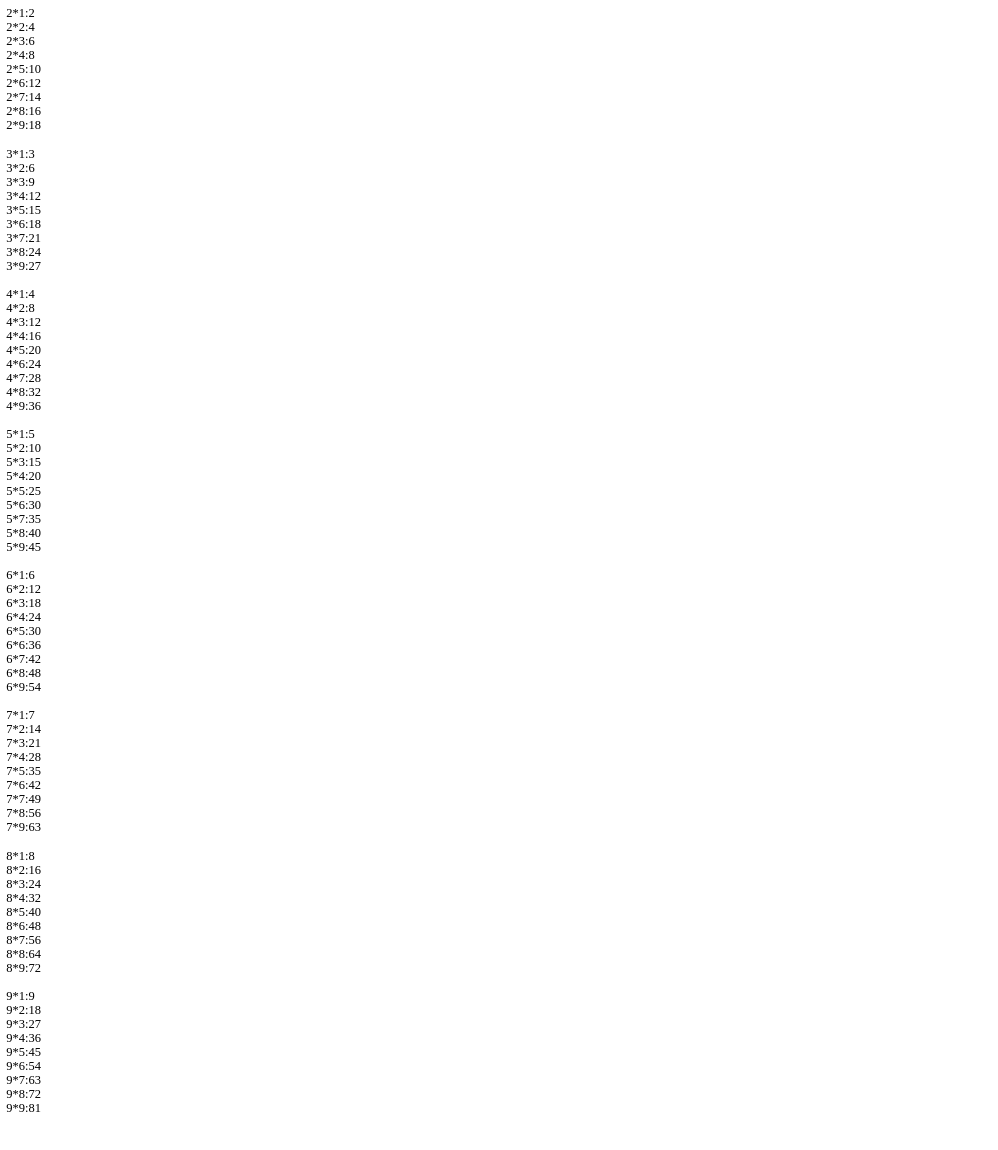
Repository: wo2jin/Sever
Page: http://localhost/TestWeb13/example.jsp
An editor plug-in stored every save of this project. The page is shown before and after the next save, followed by the edit.
The browser window is 1280 px wide. The pictures show the whole page, at 78% of full size.
The page is served by Tomcat 9.

Above is the page before, as saved 2020-05-19 01:51:58.

After the next save:
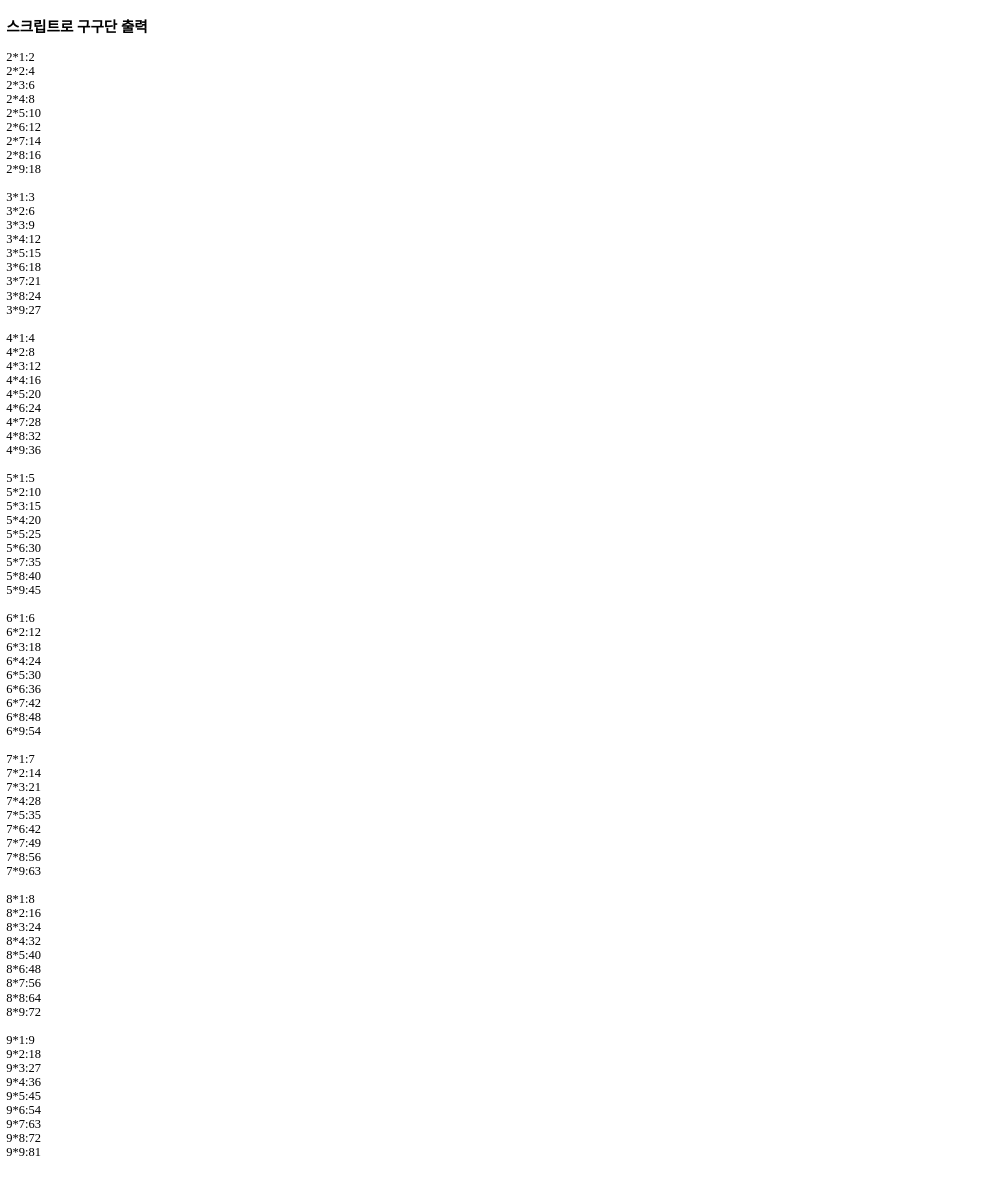
Saved 5 min 28 s later.
--- a/Sever/TestWeb13/WebContent/example.jsp
+++ b/Sever/TestWeb13/WebContent/example.jsp
@@ -7,6 +7,7 @@
 <title>Insert title here</title>
 </head>
 <body>
+<h3>스크립트로 구구단 출력</h3>
 <%
 	for(int i =2;i<10;i++){
 		for(int j =1;j<10;j++){
